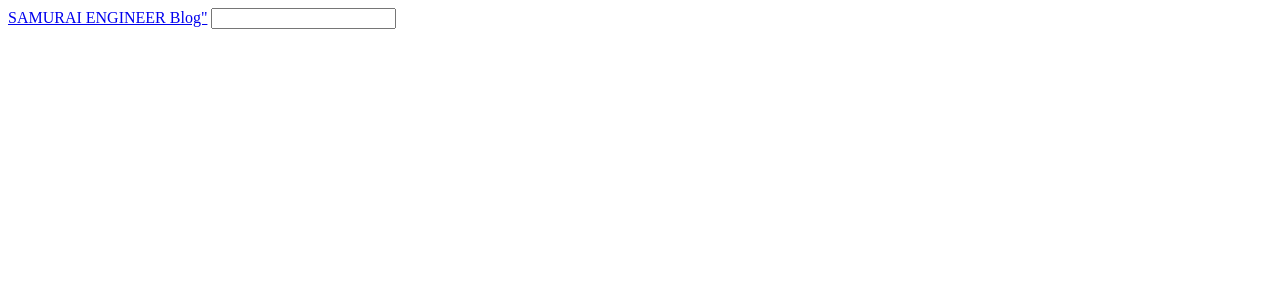
Repository: run-naoki/samurai_HTML-CSS
Page: test file/test.html
The author's editor kept a record of every edit. The page is drawn from the files as they stood at one moment, then again after the next edit.
The browser window is 1280 px wide. The pictures show the whole page.

Above is the page before.

### test file/test.html
<!DOCTYPE html>
<html lang="ja">
    <head>
     <style>
        a:hover {
            background-color: red;
        }

        a:active {
            background-color: yellow;
        }

        input:focos {
            background-color: green;
        }
     </style>
    </head>
    <body>
      <a href="https://www.sejuku.net/blog/">SAMURAI ENGINEER Blog"</a>
      <input type="text"/>
    </body>
</html>

After the next edit:
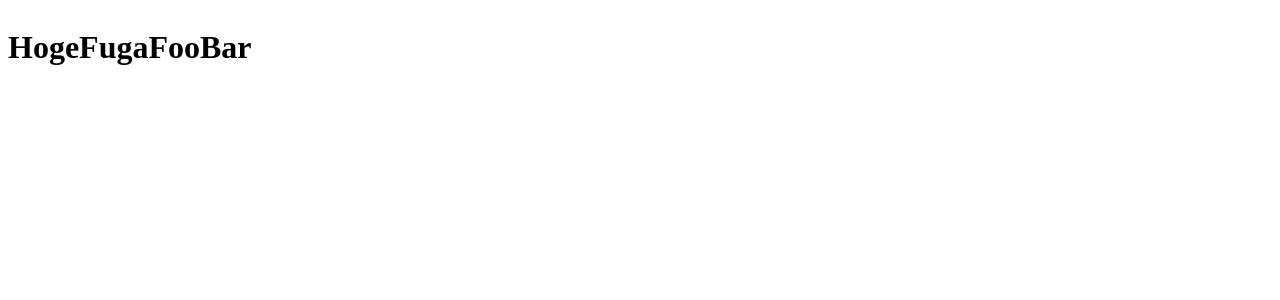
The edit:
--- a/test file/test.html
+++ b/test file/test.html
@@ -1,22 +1,18 @@
-<!DOCTYPE html>
 <html lang="ja">
     <head>
-     <style>
-        a:hover {
-            background-color: red;
-        }
-
-        a:active {
-            background-color: yellow;
-        }
-
-        input:focos {
-            background-color: green;
-        }
-     </style>
+        <style>
+            #stretch {
+                display: flex;
+                align-content: space-between;
+            }
+        </style>
     </head>
     <body>
-      <a href="https://www.sejuku.net/blog/">SAMURAI ENGINEER Blog"</a>
-      <input type="text"/>
+        <div id="stretch">
+            <h1>Hoge</h1>
+            <h1>Fuga</h1>
+            <h1>Foo</h1>
+            <h1>Bar</h1>
+        </div>
     </body>
 </html>
